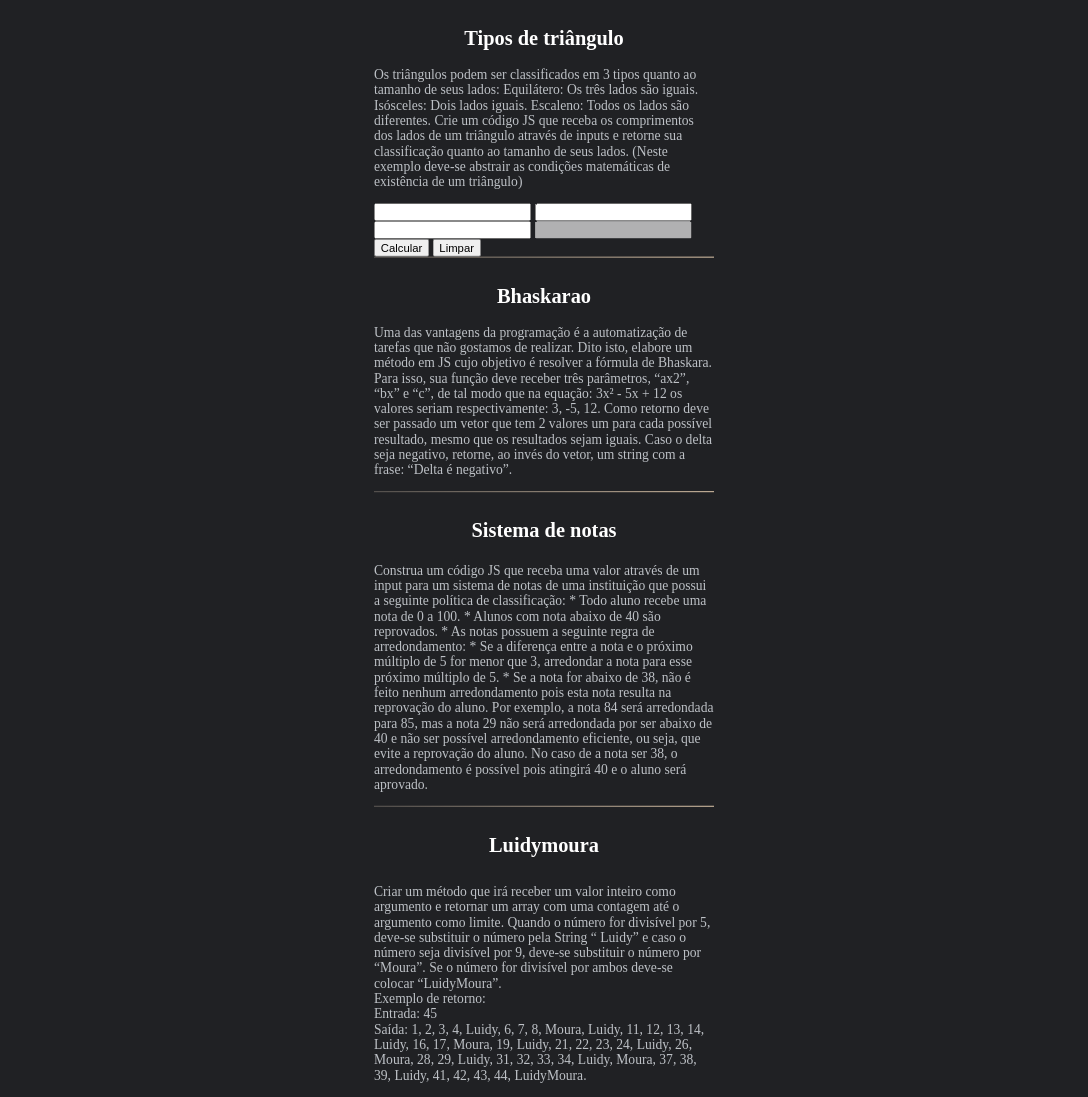
Repository: viviij/Fun-es-Simples-JavaScript
Page: index.html
The author's editor kept a copy of each file at every save. The page is drawn from the files as they stood at one save, then again after the next save.
The browser window is 1280 px wide. The pictures show the whole page, at 85% of full size.

Above is the page before, as saved 2022-08-26 02:49:00.
Console error: TypeError: Cannot set properties of null (setting 'onblur')

### index.html
<!DOCTYPE html>
<html lang="ptBR">
  <head>
    <meta charset="UTF-8">
    <meta http-equiv="X-UA-Compatible" content="IE=edge">
    <meta name="viewport" content="width=device-width, initial-scale=1.0">
    <link rel="stylesheet" href="styles.css">
    <title>Prova C3C</title>
  </head>
  <body>
    <div class="container">
      <section class="Tipos de Triângulo">
        <header>
          <h1>Tipos de triângulo</h1>
          <p>
            Os triângulos podem ser classificados em 3 tipos quanto ao tamanho de seus lados:

            Equilátero: Os três lados são iguais.
            Isósceles: Dois lados iguais.
            Escaleno: Todos os lados são diferentes.

            Crie um código JS que receba os comprimentos dos lados de um triângulo através de inputs e retorne sua classificação quanto ao tamanho de seus lados. (Neste exemplo deve-se abstrair as condições matemáticas de existência de um triângulo)
          </p>

        </header>
        <div class="main">
          <input type="number" name="trianguloLado1" id="trianguloLado1"/>
          <input type="number" name="trianguloLado2" id="trianguloLado2"/>
          <input type="number" name="trianguloLado3" id="trianguloLado3"/>

          <input type="text" name="tipoDeTriangulo" id="tipoDeTriangulo" disabled/>

          <button id="classificacaoTriangulo">Calcular</button>
          <button id="limparInputBotao">Limpar</button>
        </div>
      </section>

      <div class="divisaoDasQuestoes"></div>

      <section class="Bhaskara">
        <h2>Bhaskarao</h2>
        <p>Uma das vantagens da programação é a automatização de tarefas que não gostamos de realizar. Dito isto, elabore um método em JS cujo objetivo é resolver a fórmula de Bhaskara.

          Para isso, sua função deve receber três parâmetros, “ax2”, “bx” e “c”, de tal modo que na equação: 3x² - 5x + 12 os valores seriam respectivamente: 3, -5, 12.

          Como retorno deve ser passado um vetor que tem 2 valores um para cada possível resultado, mesmo que os resultados sejam iguais.

          Caso o delta seja negativo, retorne, ao invés do vetor, um string com a frase: “Delta é negativo”.</p>
      </section>

      <div class="divisaoDasQuestoes"></div>

      <section class="Sistema de Notas">
        <h3>Sistema de notas</h3>
        <p>Construa um código JS que receba uma valor através de um input para um sistema de notas de uma instituição que possui a seguinte política de classificação:

          * Todo aluno recebe uma nota de 0 a 100.
          * Alunos com nota abaixo de 40 são reprovados.
          * As notas possuem a seguinte regra de arredondamento:
            * Se a diferença entre a nota e o próximo múltiplo de 5 for menor que 3, arredondar a nota para esse próximo múltiplo de 5.
            * Se a nota for abaixo de 38, não é feito nenhum arredondamento pois esta nota resulta na reprovação do aluno.

          Por exemplo, a nota 84 será arredondada para 85, mas a nota 29 não será arredondada por ser abaixo de 40 e não ser possível arredondamento eficiente, ou seja, que evite a reprovação do aluno.
          No caso de a nota ser 38, o arredondamento é possível pois atingirá 40 e o aluno será aprovado.</p>
      </section>

      <div class="divisaoDasQuestoes"></div>

      <section class="LuidyMoura">
        <h4>Luidymoura</h4>
        <p>Criar um método que irá receber um valor inteiro como argumento e retornar um array com uma contagem até o argumento como limite.

          Quando o número for divisível por 5, deve-se substituir o número pela String “ Luidy” e caso o número seja divisível por 9, deve-se substituir o número por  “Moura”.
          Se o número for divisível por ambos deve-se colocar “LuidyMoura”.
          <br/>
          Exemplo de retorno:
          <br/>

          Entrada:
          45
          <br/>

          Saída:
          1, 2, 3, 4, Luidy, 6, 7, 8, Moura, Luidy, 11, 12, 13, 14, Luidy, 16, 17, Moura, 19, Luidy, 21, 22, 23, 24, Luidy, 26, Moura, 28, 29, Luidy, 31, 32, 33, 34, Luidy, Moura, 37, 38, 39, Luidy, 41, 42, 43, 44, LuidyMoura.</p>
      </section>
    </div>
    <script src="./js/tipos_de_triangulo.js"></script>
    <script src="./js/sistema_de_notas.js"></script>
    <script src="./js/luidymoura.js"></script>
    <script src="./js/bhaskara.js"></script>
  </body>
</html>

### styles.css
body {
  margin: 0;
  padding: 0;
  box-sizing: border-box;
  background: var(--background-color);
  display: flex;
  justify-content: center;
}

a {
  text-decoration: none;
}

ul {
  list-style: none;
}

:root {
  /*CORES GLOBAIS*/
  --text-color: #bdc1c6;
  --background-color: #202124;
  --title-color: #ffffff;

}

.container section {
  max-height: auto;
  max-width: 400px;
}

section {
  color: var(--text-color);
  margin-top: 2rem;
}

.container .divisaoDasQuestoes {
  height: 1px;
  background: linear-gradient(270deg,
      hsla(33, 100%, 88%, 1) 0%,
      hsla(33, 65%, 88%, 0.34) 100%);
}

section h1,
h2,
h3,
h4,
h5 {
  display: flex;
  justify-content: center;
  font-size: 1.5rem;
  color: var(--title-color);
}

.container .questao_1 {}

.container .questao_2 {}

.container .questao_3 {}

.container .questao_4 {}

### js/tipos_de_triangulo.js
//Selecionando itens do HTML
const t1 = document.querySelector("#trianguloLado1");
const t2 = document.querySelector("#trianguloLado2");
const t3 = document.querySelector("#trianguloLado3");
const tr = document.querySelector("#tipoDeTriangulo");
const ct = document.querySelector("#classificacaoTriangulo") ;
const lib = document.querySelector("#limparInputBotao");
//Marcar "erro" caso alguma resposta nao seja preenchida
t1.onblur = () => {
  if(t1.value == "") {
    t1.style = "border-color: #aa0044";
  }else{
    t1.style = "color: #000000";
  }
}

t2.onblur = () => {
  if(t2.value == "") {
    t2.style = "border-color: #aa0044";
  }else{
    t2.style = "color: #000000";
  }
}

t3.onblur = () => {
  if(t3.value == "") {
    t3.style = "border-color: #aa0044";
  }else{
    t3.style = "color: #000000";
  }
}

//Limpar input apos clicar no botao Limpar
lib.onclick = () => {
  t1.value = "";
  t2.value = "";
  t3.value = "";
}

//Classificar o tipo de triangulo apos clicar no botao Classificar
ct.onclick = () => {
  tr.value = ""
  if (t1.value == "" && t2.value != "" && t3.value != "") {
    t1.focus();
  }else if (t2.value == "" && t1.value != "" && t3.value != "") {
    t2.focus();
  }else if (t3.value == "" && t1.value != "" && t2.value != "") {
    t3.focus();
  }

  if (t1.value != t2.value && t1.value != t3.value && t2.value != t3.value) {
    tr.value = "Escaleno: Todos os lados são diferentes.";

  }else if (t1.value == t2.value && t1.value == t3.value && t2.value == t3.value) {
    tr.value = "Equilátero: Os três lados são iguais.";

  }else{
    tr.value = "Isósceles: Dois lados iguais.";

  }
}

### js/bhaskara.js
//Selecionando itens do HTML
const bhaskaVA = document.querySelector("#bhaskaraValorA");
const bhaskaVB = document.querySelector("#bhaskaraValorB");
const bhaskaVC = document.querySelector("#bhaskaraValorC");
const resBhaska = document.querySelector("#resultadoBhaskara");
const calcBhaska = document.querySelector("#calcularBhaskara");
//Marcar "erro" caso alguma resposta nao seja preenchida
bhaskaVA.onblur = () => {
  if(bhaskaVA.value == "") {
    bhaskaVA.style = "border-color: #aa0044";
  }else{
    bhaskaVA.style = "color: #000000";
  }
}

bhaskaVB.onblur = () => {
  if(bhaskaVB.value == "") {
    bhaskaVB.style = "border-color: #aa0044";
  }else{
    bhaskaVB.style = "color: #000000";
  }
}

bhaskaVC.onblur = () => {
  if(bhaskaVC.value == "") {
    bhaskaVC.style = "border-color: #aa0044";
  }else{
    bhaskaVC.style = "color: #000000";
  }
}

//Calcular os valores de bhaskara


calcBhaska.onclick = () => {
  //Dar foco no input vazio
  if (bhaskaVA.value == "" && bhaskaVB.value != "" && bhaskaVC.value != "") {
    bhaskaVA.focus();
  }else if (bhaskaVB.value == "" && bhaskaVA.value != "" && bhaskaVC.value != "") {
    bhaskaVB.focus();
  }else if (bhaskaVC.value == "" && bhaskaVA.value != "" && bhaskaVB.value != "") {
    bhaskaVC.focus();
  }

  if (bhaskaVC.value != "" && bhaskaVA.value != "" && bhaskaVB.value != ""){
    //Função de bhaskara
    const valorDelta = (bhaskaVB.value*bhaskaVB.value) - 4*bhaskaVA.value*(bhaskaVC.value);

    if(valorDelta < 0) {
      resBhaska.value = "Delta é negativo";
    }else{
      let calculoDeX = (-bhaskaVB.value+Math.sqrt(valorDelta))/(2*bhaskaVA.value);
      let calculoDeX2 = (-bhaskaVB.value-Math.sqrt(valorDelta))/(2*bhaskaVA.value);
      bhaskaVA.value = ""
      bhaskaVB.value = ""
      bhaskaVC.value = ""

      resBhaska.value = [calculoDeX, calculoDeX2];
    }
  }
}

Loaded but not shown: js/sistema_de_notas.js (no stored copy; drawn as an empty file); js/luidymoura.js (no stored copy; drawn as an empty file)

After the next save:
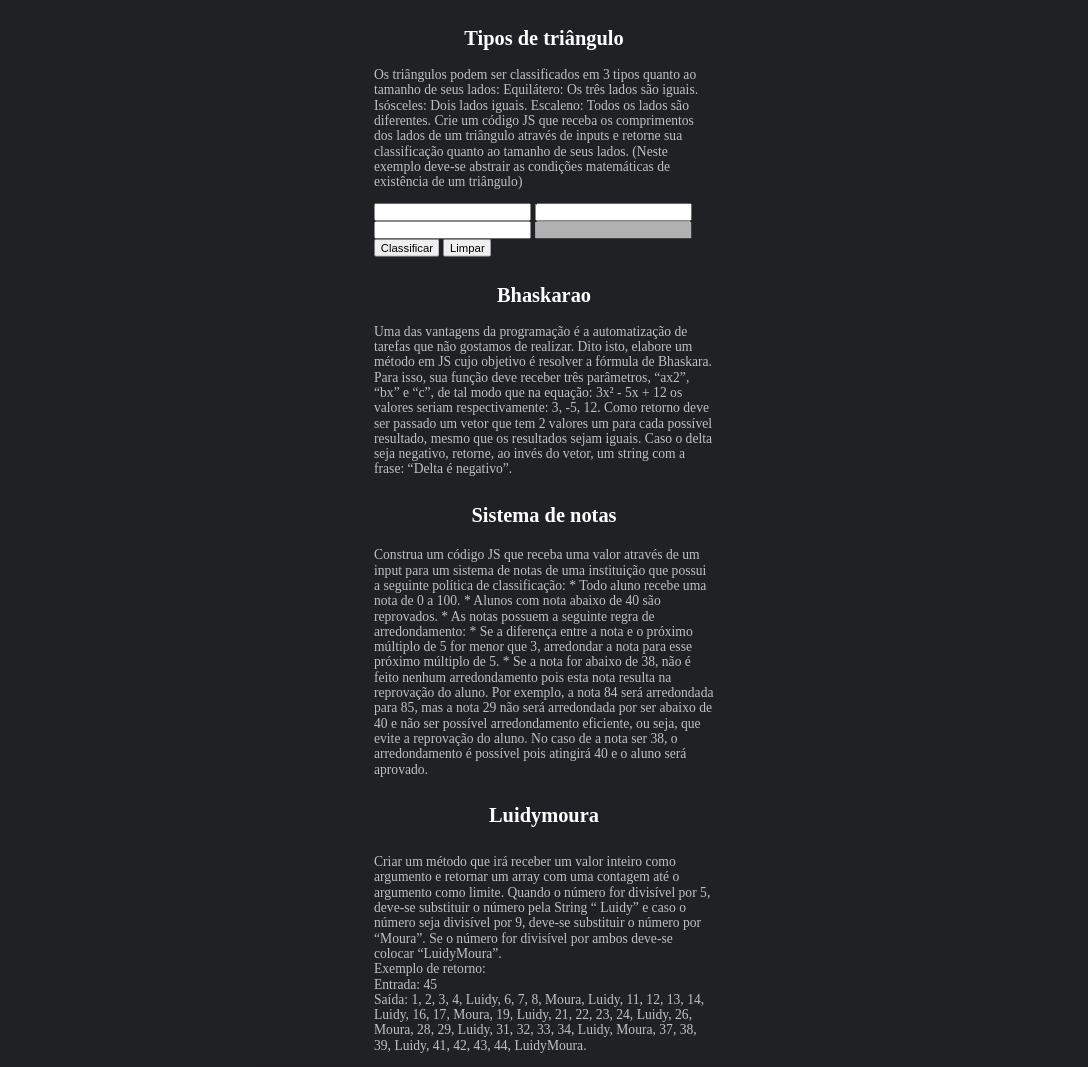
Saved 2 min 20 s later.
--- a/index.html
+++ b/index.html
@@ -30,12 +30,12 @@
 
           <input type="text" name="tipoDeTriangulo" id="tipoDeTriangulo" disabled/>
 
-          <button id="classificacaoTriangulo">Calcular</button>
+          <button id="classificacaoTriangulo">Classificar</button>
           <button id="limparInputBotao">Limpar</button>
         </div>
       </section>
 
-      <div class="divisaoDasQuestoes"></div>
+      <div class="linhaDivisaoDasQuestoes"></div>
 
       <section class="Bhaskara">
         <h2>Bhaskarao</h2>
@@ -48,7 +48,7 @@
           Caso o delta seja negativo, retorne, ao invés do vetor, um string com a frase: “Delta é negativo”.</p>
       </section>
 
-      <div class="divisaoDasQuestoes"></div>
+      <div class="linhaDivisaoDasQuestoes"></div>
 
       <section class="Sistema de Notas">
         <h3>Sistema de notas</h3>
@@ -64,7 +64,7 @@
           No caso de a nota ser 38, o arredondamento é possível pois atingirá 40 e o aluno será aprovado.</p>
       </section>
 
-      <div class="divisaoDasQuestoes"></div>
+      <div class="linhaDivisaoDasQuestoes"></div>
 
       <section class="LuidyMoura">
         <h4>Luidymoura</h4>

After the save that followed:
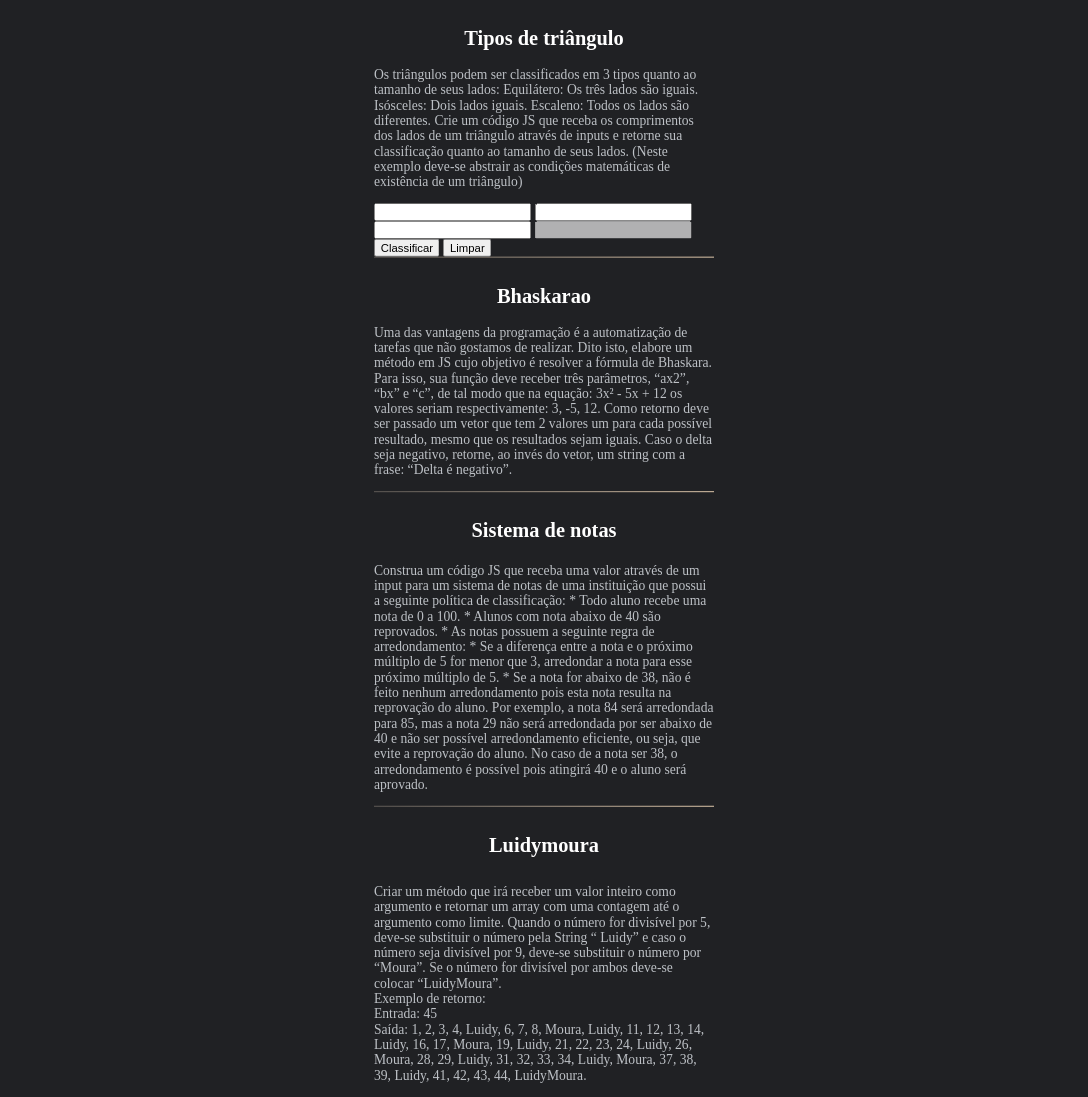
Saved 17 s later.
--- a/styles.css
+++ b/styles.css
@@ -33,7 +33,7 @@ section {
   margin-top: 2rem;
 }
 
-.container .divisaoDasQuestoes {
+.container .linhaDivisaoDasQuestoes {
   height: 1px;
   background: linear-gradient(270deg,
       hsla(33, 100%, 88%, 1) 0%,
